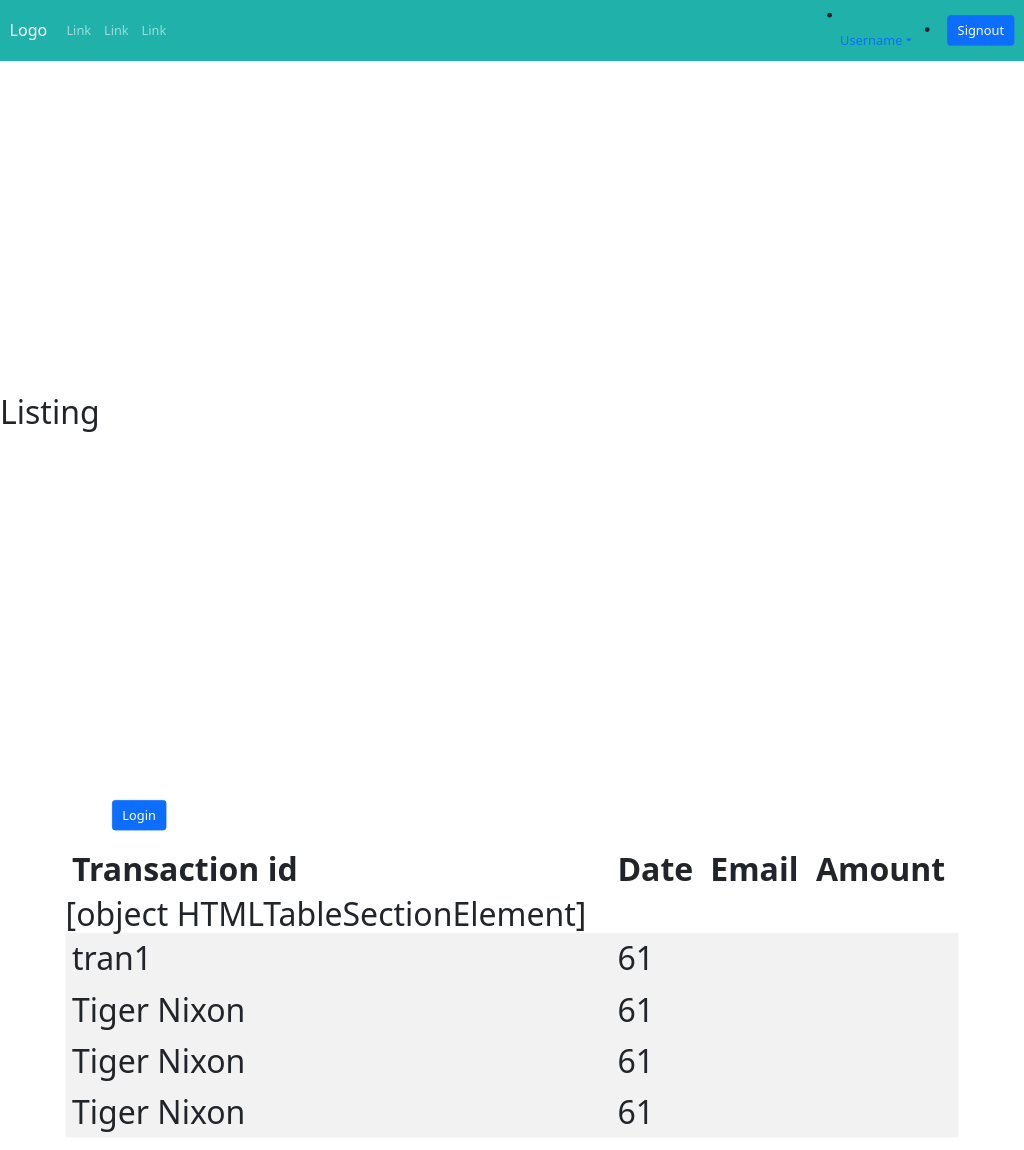
Repository: Sadia-Naveed-Shaikh/JavaScript-Website
Page: src/Listing.html
An editor plug-in stored every save of this project. The page is shown before and after the next save, followed by the edit.
The browser window is 1280 px wide. The pictures show the whole page, at 80% of full size.
Some web libraries are served in a nearby version.

Above is the page before, as saved 2021-10-28 16:49:27.

After the next save:
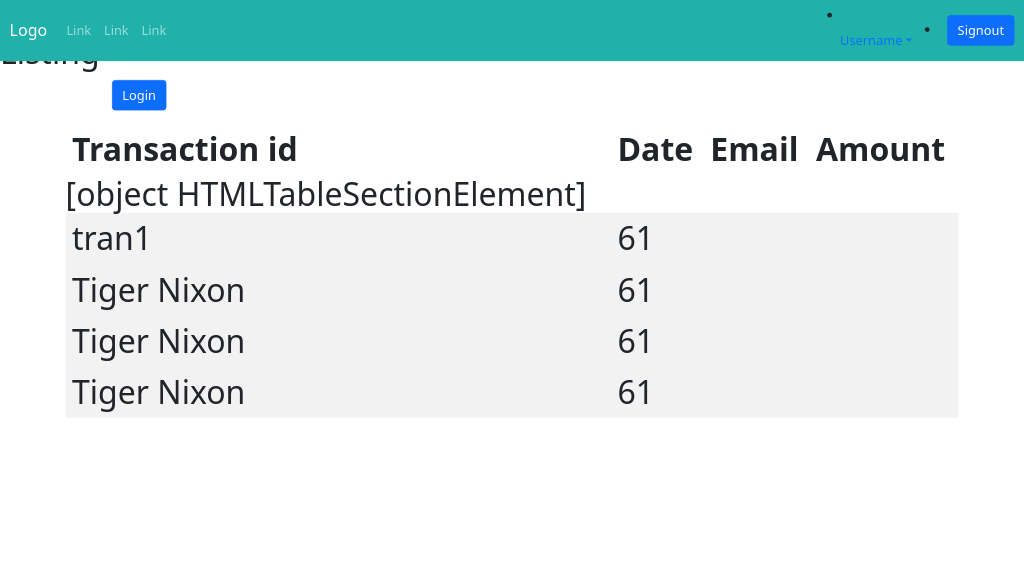
Saved 17 s later.
--- a/src/Listing.html
+++ b/src/Listing.html
@@ -57,7 +57,7 @@
 
     <h1>
         Listing
-<button type="button" class="btn btn-primary" data-bs-toggle="modal" data-bs-target="#myModal" style="margin-left: 5px; margin-top: 1000px;">
+<button type="button" class="btn btn-primary" data-bs-toggle="modal" data-bs-target="#myModal" style="margin-left: 5px; margin-top: 100px;">
     Login
 </button>
 
